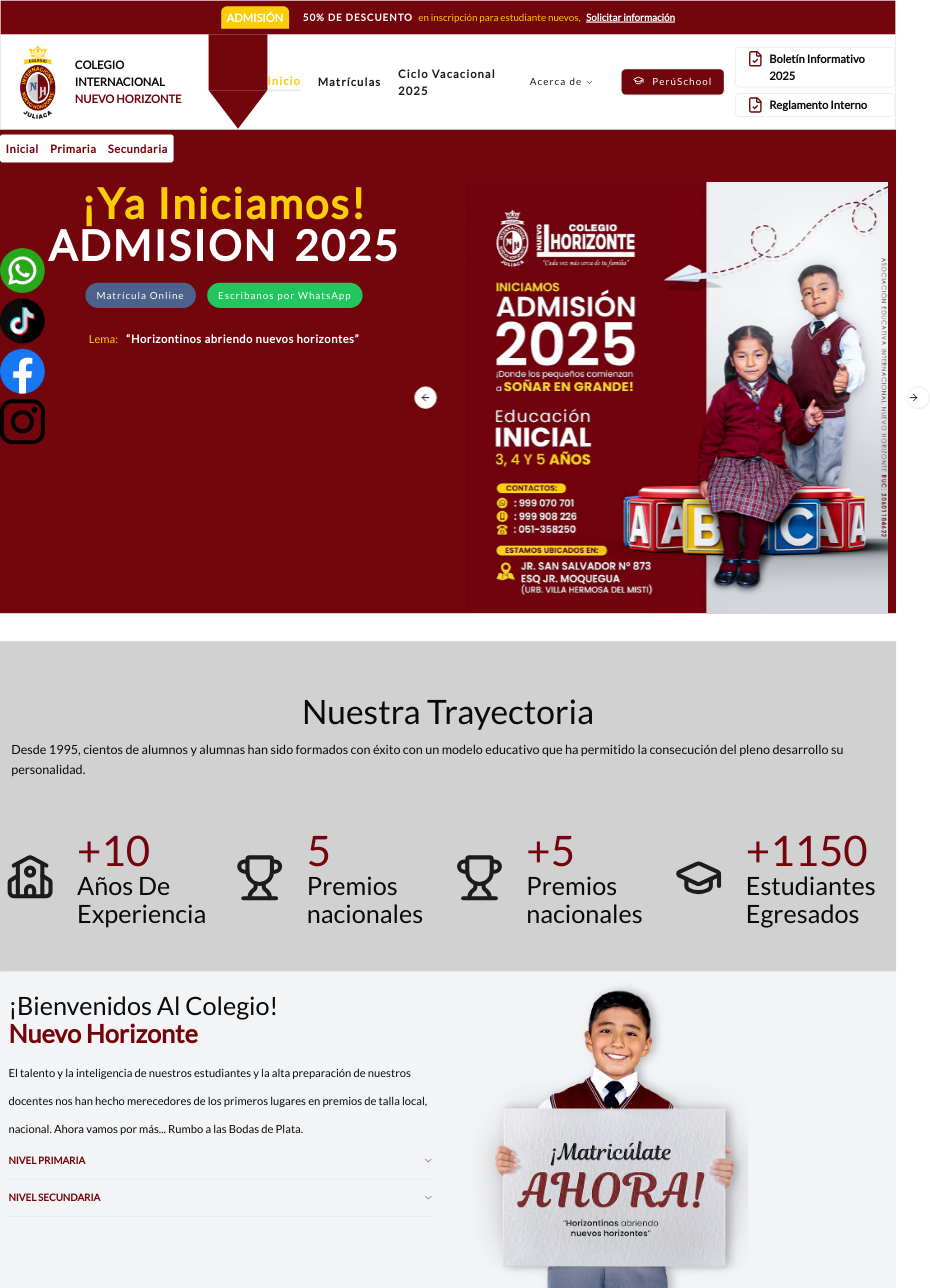
Repository: jefrydep/new_horizont_school
Page: /
These files come from the project's save history. The page is drawn as it stood at one moment and after the next save; the edit follows.
The browser window is 1280 px wide. The page is 1328 px wide, then 1280 px, so the pictures cover 1328 px, including what lies to the right of the window. The pictures show the part of the page from y = 0 to 1840 px (the page is 4711 px tall before and 4331 px after), at 70% of full size.
The project was rebuilt for these pictures with package versions that can differ from the ones it lists, and the page was loaded fresh each time. The framework's server and built-in components were replaced by stand-ins that run in the browser. Also part of the build but not shown: next.config.ts.

Above is the page before, as saved 2024-12-05 20:03:37.

After the next save:
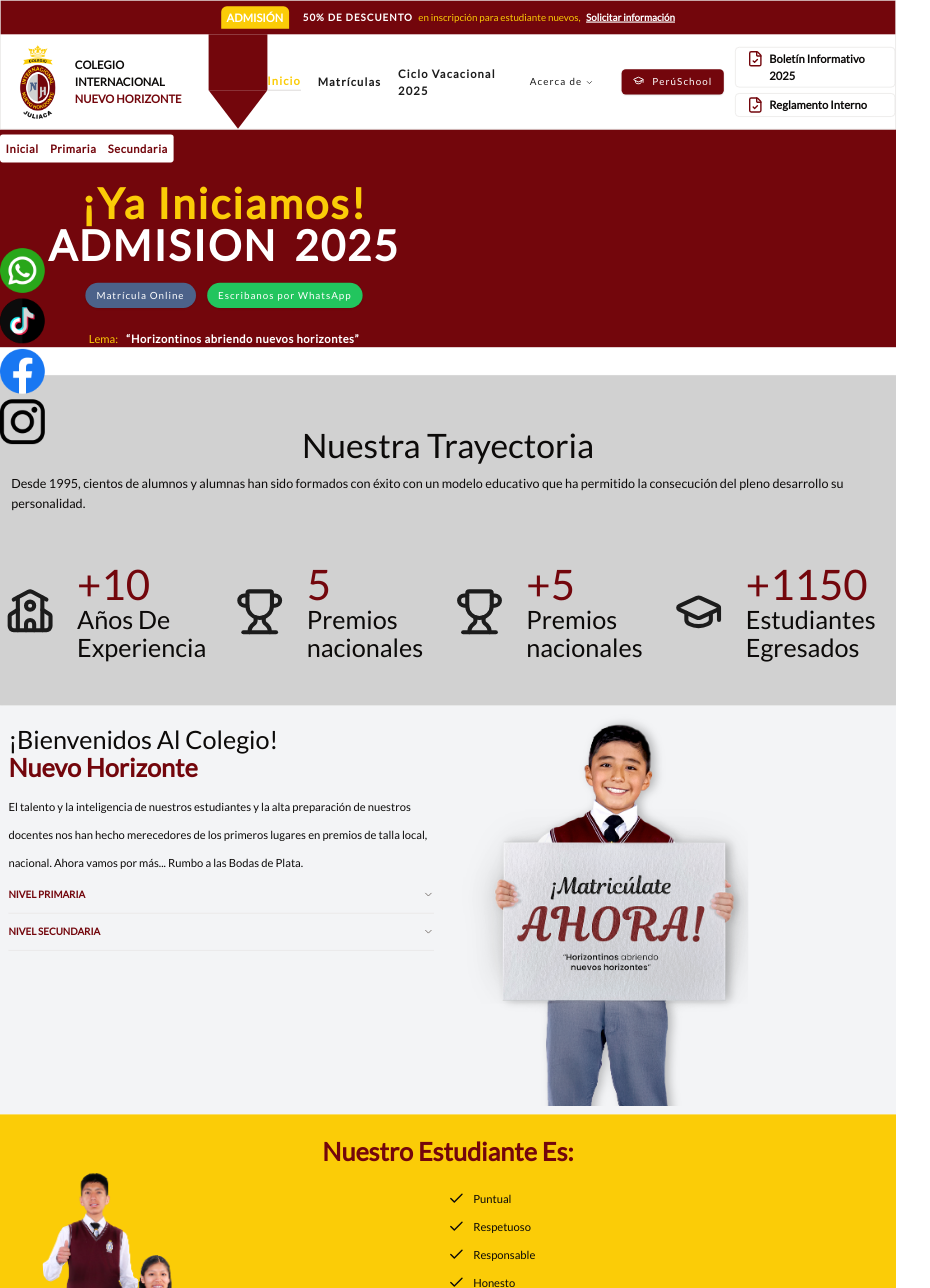
Saved 15 s later.
--- a/src/components/Hero.tsx
+++ b/src/components/Hero.tsx
@@ -96,7 +96,7 @@ export default function Hero({ title, subtitle, year, colorWave }: Props) {
             </div>
 
 
-
+{/*
             <Carousel
               plugins={[
                 Autoplay({
@@ -122,7 +122,7 @@ export default function Hero({ title, subtitle, year, colorWave }: Props) {
               </CarouselContent>
               <CarouselPrevious />
               <CarouselNext className="hidden sm:block" />
-            </Carousel>
+            </Carousel> */}
           </div>
           <div className="absolute bottom-0 sm:hidden w-full h-16">
             <svg
